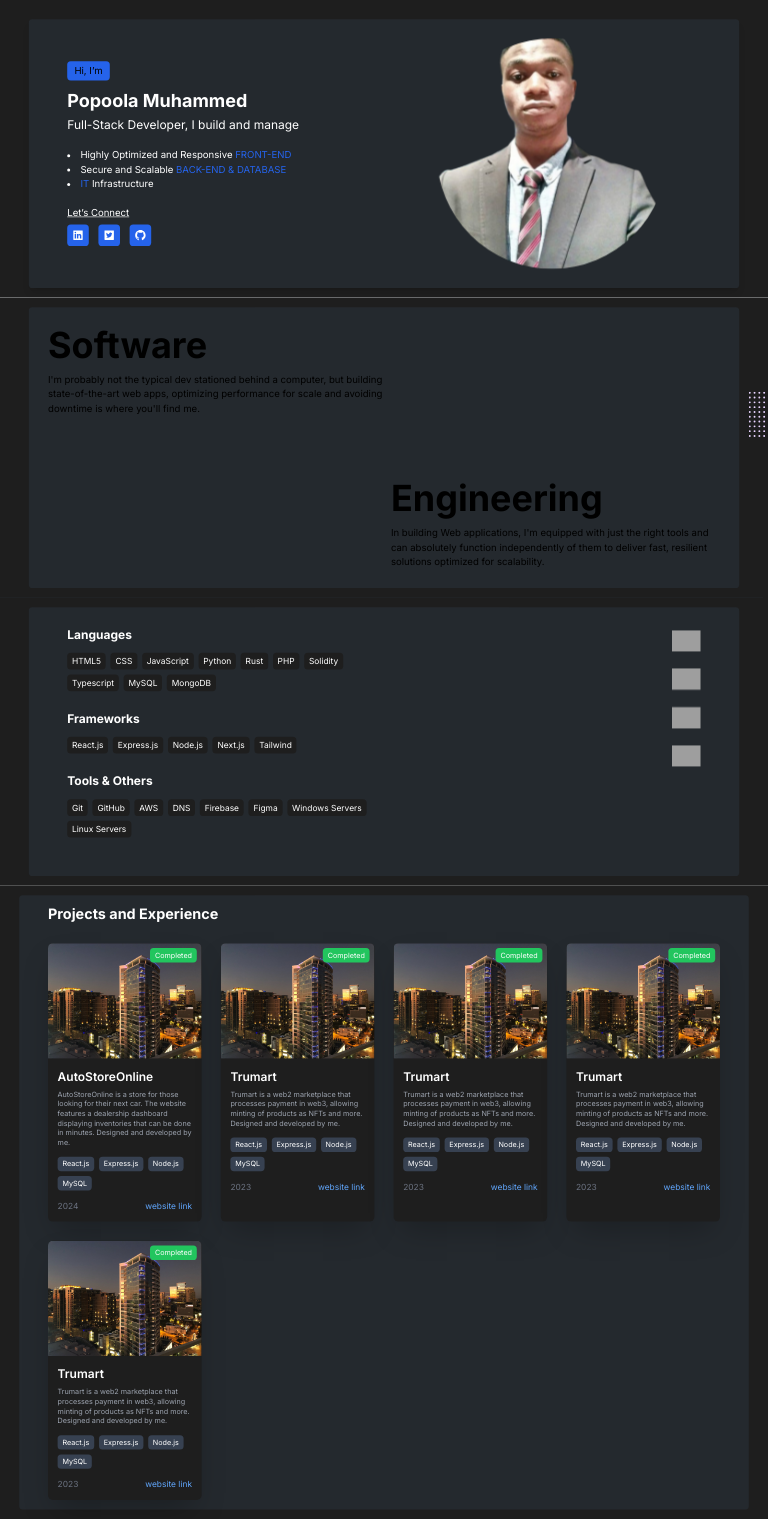
Repository: muhammedctgr/hammedctgr
Page: /
The author's editor kept a copy of each file at every save. The page is drawn from the files as they stood at one save, then again after a run of saves.
The browser window is 1280 px wide. The pictures show the whole page, at 60% of full size.
Pictures or frames that could not be fetched are drawn as grey boxes. The project was rebuilt for these pictures with package versions that can differ from the ones it lists, and the page was loaded fresh each time. The framework's server and built-in components were replaced by stand-ins that run in the browser. Also part of the build but not shown: next.config.mjs.

Above is the page before, as saved 2024-08-06 15:55:24.

### app/layout.tsx
import type { Metadata } from "next";
import { Inter } from "next/font/google";
import "./globals.css";

const inter = Inter({ subsets: ["latin"] });

export const metadata: Metadata = {
  title: "Popoola Muhammed",
  description: "Generated by create next app",
};

export default function RootLayout({
  children,
}: Readonly<{
  children: React.ReactNode;
}>) {
  return (
    <html lang="en">
      <body className={inter.className}>{children}</body>
    </html>
  );
}

### app/page.tsx
import Head from 'next/head';
import Hero from '../components/Hero';
import SkillsSection from '@/components/SkillsSection';
import SummarySection from '@/components/SummarySection';
import ProjectsSection from '@/components/ProjectsSection';


const Home = () => (
  <div>
    <Head>
      <title>Popoola Muhammed</title>
      <meta name="description" content="Welcome to my developer portfolio" />
    </Head>

    <Hero />
    <SummarySection />
    <SkillsSection />
    <ProjectsSection />
  </div>
);

export default Home;

### app/globals.css
@tailwind base;
@tailwind components;
@tailwind utilities;

:root {
  --foreground-rgb: 0, 0, 0;
  --background-start-rgb: 214, 219, 220;
  --background-end-rgb: 255, 255, 255;
}

@media (prefers-color-scheme: dark) {
  :root {
    --foreground-rgb: 255, 255, 255;
    --background-start-rgb: 0, 0, 0;
    --background-end-rgb: 0, 0, 0;
  }
}

body {
  color: rgb(var(--foreground-rgb));
  background: linear-gradient(
      to bottom,
      transparent,
      rgb(var(--background-end-rgb))
    )
    rgb(var(--background-start-rgb));
}

@layer utilities {
  .text-balance {
    text-wrap: balance;
  }
}


@keyframes upDown {
  0%, 100% {
    transform: translateY(0);
  }
  50% {
    transform: translateY(-10px); /* Adjust the value as needed */
  }
}

.animate-upDown {
  animation: upDown 2s infinite ease-in-out; /* Adjust duration as needed */
}

### components/Hero.tsx
import Image from 'next/image';
import profilePic from '../public/profile.png';
import { AiFillLinkedin, AiFillGithub, AiFillTwitterSquare, AiFillX } from 'react-icons/ai';

const Hero = () => {
  return (
    <section className="bg-gptGray px-4 py-4 md:pt-8 md:px-8 lg:px-12 text-white flex items-center">
  <div className="container bg-githubGray shadow-lg rounded-md mx-auto flex flex-col md:flex-row items-center md:px-8">
    <div className="flex-1 text-left p-4 md:p-8">
      <div className="inline-block bg-blue-600 text-black py-1 px-3 mb-4 rounded-md">
        Hi, I’m
      </div>
      <div className="mb-6">
        <h1 className="text-xl md:text-3xl font-bold">Popoola Muhammed</h1>
        <p className="mt-2 text-lg md:text-xl">Full-Stack Developer, I build and manage</p>
      </div>
      <ul className="mt-4 list-disc list-inside">
        <li>Highly Optimized and Responsive <span className="text-blue-600">FRONT-END</span></li>
        <li>Secure and Scalable <span className="text-blue-600">BACK-END & DATABASE</span></li>
        <li><span className="text-blue-600">IT</span> Infrastructure</li>
      </ul>
      <div className="mt-6">
        <a href="#contact" className="underline">Let’s Connect</a>
        <div className="mt-2 flex justify-start space-x-4">
          <a href="#" className="bg-blue-600 p-2 rounded-md">
            <AiFillLinkedin size={20} />
          </a>
          <a href="#" className="bg-blue-600 p-2 rounded-md">
            <AiFillTwitterSquare size={20} />
          </a>
          <a href="#" className="bg-blue-600 p-2 rounded-md">
            <AiFillGithub size={20} />
          </a>
        </div>
      </div>
    </div>
    <div className="flex-1 p-4 md:p-8">
      <div className="relative w-40 h-40 md:w-72 md:h-72 lg:w-96 lg:h-96 mx-auto">
        <Image src={profilePic} alt="Popoola Muhammed" layout="fill" className="rounded-full object-cover animate-upDown" />
      </div>
    </div>
  </div>
</section>
  );
};

export default Hero;

### components/SkillsSection.tsx
import Image from 'next/image';
import { FC } from 'react';

interface SkillCategory {
  title: string;
  skills: { name: string; color: string; }[];
}

const skills: SkillCategory[] = [
  {
    title: "Languages",
    skills: [
      { name: "HTML5", color: "bg-black" },
      { name: "CSS", color: "bg-black"},
      { name: "JavaScript", color: "bg-yellow-500" },
      { name: "Python", color: "bg-green-500" },
      { name: "Rust", color: "bg-orange-600" },
      { name: "PHP", color: "bg-purple-500" },
      { name: "Solidity", color: "bg-black-500" },
      { name: "Typescript", color: "bg-blue-700" },
      { name: "MySQL", color: "bg-orange-400" },
      { name: "MongoDB", color: "bg-green-600" },
    ],
  },
  {
    title: "Frameworks",
    skills: [
      { name: "React.js", color: "bg-blue-400" },
      { name: "Express.js", color: "bg-green-500" },
      { name: "Node.js", color: "bg-green-700" },
      { name: "Next.js", color: "bg-purple-700" },
      { name: "Tailwind", color: "bg-purple-500" },
    ],
  },
  {
    title: "Tools & Others",
    skills: [
      { name: "Git", color: "bg-orange-500" },
      { name: "GitHub", color: "bg-purple-800" },
      { name: "AWS", color: "bg-yellow-600" },
      { name: "DNS", color: "bg-gray-400" },
      { name: "Firebase", color: "bg-yellow-500" },
      { name: "Figma", color: "bg-pink-600" },
      { name: "Windows Servers", color: "bg-blue-700" },
      { name: "Linux Servers", color: "bg-black" },
    ],
  },
];

const icons = [
  "/icons/html5.svg", // Replace with your icon paths
  "/icons/css3.svg",
  "/icons/javascript.svg",
  "/icons/python.svg",
  // Add the rest of the icons as needed
];

const SkillsSection: FC = () => {
  return (
    <section className="px-4 py-4 md:px-8 lg:px-12 bg-gptGray text-white">
  <div className="container bg-githubGray rounded-md mx-auto flex flex-col md:flex-row items-start md:px-8">
    <div className="flex-1 p-4 md:p-8">
      {skills.map((category) => (
        <div key={category.title} className="mb-8">
          <h2 className="text-lg md:text-xl font-bold mb-4">{category.title}</h2>
          <div className="flex flex-wrap gap-2">
            {category.skills.map((skill) => (
              <span
                key={skill.name}
                className={`px-2 py-1 rounded-md text-sm bg-gptGray`}
              >
                {skill.name}
              </span>
            ))}
          </div>
        </div>
      ))}
    </div>
    <div className="flex-1 flex flex-col items-center md:items-end">
      <div className="grid grid-cols-3 md:grid-cols-1 gap-4 p-4 md:p-8">
        {icons.map((src, index) => (
          <div key={index} className="w-10 h-10 md:w-12 md:h-12 relative">
            <Image src={src} alt={`icon-${index}`} layout="fill" objectFit="contain" />
          </div>
        ))}
      </div>
    </div>
  </div>
</section>
  );
};

export default SkillsSection;

### components/SummarySection.tsx
import { FC } from 'react';

const SummarySection: FC = () => {
  return (
<section className="px-4 py-4 md:px-8 lg:px-12 bg-gptGray relative overflow-hidden">
  <div className="container bg-githubGray mx-auto flex rounded-md flex-col md:flex-row justify-between items-start md:px-8 p-4 md:p-8">
    <div className=" mb-8 md:mb-8">
      <div className="mb-4">
        <span className="text-4xl md:text-6xl font-bold">Software</span>
      </div>
      <p className="text-sm md:text-base">
        I'm probably not the typical dev stationed behind a computer, but building state-of-the-art web apps, optimizing performance for scale and avoiding downtime is where you'll find me.
      </p>
    </div>
    <div className=" md:mt-64">
      <div className="mb-4">
        <span className="text-4xl md:text-6xl font-bold">Engineering</span>
      </div>
      <p className="text-sm md:text-base">
        In building Web applications, I'm equipped with just the right tools and can absolutely function independently of them to deliver fast, resilient solutions optimized for scalability.
      </p>
    </div>
  </div>

  {/* Decorative Elements */}
  <div className="absolute top-1/4 right-0 transform translate-x-4 translate-y-4 md:translate-x-12 md:translate-y-8">
    <svg className="fill-current text-purple-200" width="80" height="80" viewBox="0 0 100 100">
      {/* SVG circles */}
      {[...Array(10)].map((_, row) => (
        <g key={row} transform={`translate(0, ${row * 10})`}>
          {[...Array(10)].map((_, col) => (
            <circle key={col} cx={col * 10 + 2} cy="2" r="2" />
          ))}
        </g>
      ))}
    </svg>
  </div>
</section>
  );
};

export default SummarySection;

### components/ProjectsSection.tsx
import { FC } from 'react';

interface Project {
  title: string;
  description: string;
  technologies: string[];
  date: string;
  status: string;
  image: string;
  link: string;
}

const projects: Project[] = [
  {
    title: "AutoStoreOnline",
    description: "AutoStoreOnline is a store for those looking for their next car. The website features a dealership dashboard displaying inventories that can be done in minutes. Designed and developed by me.",
    technologies: ["React.js", "Express.js", "Node.js", "MySQL"],
    date: "2024",
    status: "Completed",
    image: "pic1.jpg",
    link: "https://example.com",
  },
  {
    title: "Trumart",
    description: "Trumart is a web2 marketplace that processes payment in web3, allowing minting of products as NFTs and more. Designed and developed by me.",
    technologies: ["React.js", "Express.js", "Node.js", "MySQL"],
    date: "2023",
    status: "Completed",
    image: "pic1.jpg",
    link: "https://example.com",
  },
  {
    title: "Trumart",
    description: "Trumart is a web2 marketplace that processes payment in web3, allowing minting of products as NFTs and more. Designed and developed by me.",
    technologies: ["React.js", "Express.js", "Node.js", "MySQL"],
    date: "2023",
    status: "Completed",
    image: "pic1.jpg",
    link: "https://example.com",
  },
  {
    title: "Trumart",
    description: "Trumart is a web2 marketplace that processes payment in web3, allowing minting of products as NFTs and more. Designed and developed by me.",
    technologies: ["React.js", "Express.js", "Node.js", "MySQL"],
    date: "2023",
    status: "Completed",
    image: "pic1.jpg",
    link: "https://example.com",
  },
  {
    title: "Trumart",
    description: "Trumart is a web2 marketplace that processes payment in web3, allowing minting of products as NFTs and more. Designed and developed by me.",
    technologies: ["React.js", "Express.js", "Node.js", "MySQL"],
    date: "2023",
    status: "Completed",
    image: "pic1.jpg",
    link: "https://example.com",
  },
  // Add more projects as needed...
];

const ProjectsSection: FC = () => {
  return (
    <section className="bg-gptGray md:px-8 px-4 py-4">
      <div className="container bg-githubGray rounded-md mx-auto md:px-8 ">
        <h2 className="text-2xl font-bold text-white p-4">Projects and Experience</h2>
        <div className="grid grid-cols-1 sm:grid-cols-3 lg:grid-cols-4 gap-8 p-4">
          {projects.map((project, index) => (
            <div key={index} className="bg-gptGray rounded-lg overflow-hidden shadow-2xl">
              <div className="relative w-full h-48">
                <img src={project.image} alt={project.title} className="w-full h-full object-cover" />
                <span className="absolute top-2 right-2 bg-green-500 text-xs text-white px-2 py-1 rounded-md">{project.status}</span>
              </div>
              <div className="p-4">
                <h3 className="text-xl font-semibold text-white mb-2">{project.title}</h3>
                <p className="text-gray-400 text-xs mb-4">{project.description}</p>
                <div className="flex flex-wrap gap-2 mb-4">
                  {project.technologies.map((tech, i) => (
                    <span key={i} className="bg-gray-700 text-white text-xs px-2 py-1 rounded-md shadow-2xl">{tech}</span>
                  ))}
                </div>
                <div className="flex justify-between items-center">
                  <span className="text-gray-500 text-sm">{project.date}</span>
                  <a href={project.link} target="_blank" rel="noopener noreferrer" className="text-blue-400 hover:underline text-sm">website link</a>
                </div>
              </div>
            </div>
          ))}
        </div>
      </div>
    </section>
  );
};

export default ProjectsSection;

### tailwind.config.ts
import type { Config } from "tailwindcss";

const config: Config = {
  content: [
    "./pages/**/*.{js,ts,jsx,tsx,mdx}",
    "./components/**/*.{js,ts,jsx,tsx,mdx}",
    "./app/**/*.{js,ts,jsx,tsx,mdx}",
  ],
  theme: {
    extend: {
      backgroundImage: {
        "gradient-radial": "radial-gradient(var(--tw-gradient-stops))",
        "gradient-conic":
          "conic-gradient(from 180deg at 50% 50%, var(--tw-gradient-stops))",
      },
      colors: {
        githubGray: '#24292e',
        gptGray: '#1e1e1e' // Define the exact color
      },
    },
  },
  plugins: [],
};
export default config;

After the next 2 saves:
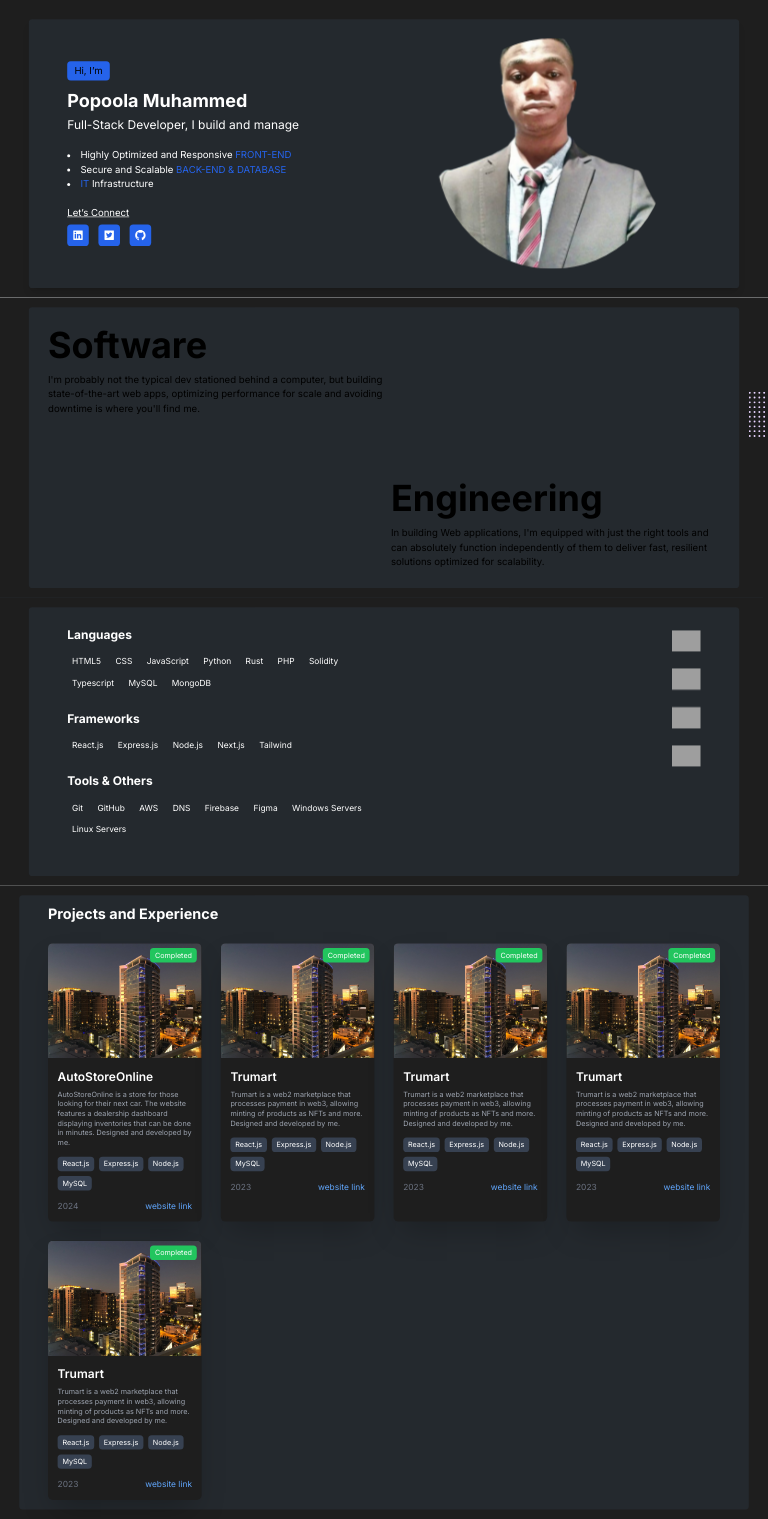
The 2 saves are shown as one change because they came seconds apart.
The last was saved 51 s later.
--- a/components/SkillsSection.tsx
+++ b/components/SkillsSection.tsx
@@ -67,7 +67,7 @@ const SkillsSection: FC = () => {
             {category.skills.map((skill) => (
               <span
                 key={skill.name}
-                className={`px-2 py-1 rounded-md text-sm bg-gptGray`}
+                className={`px-2 py-1 rounded-md text-sm`}
               >
                 {skill.name}
               </span>
